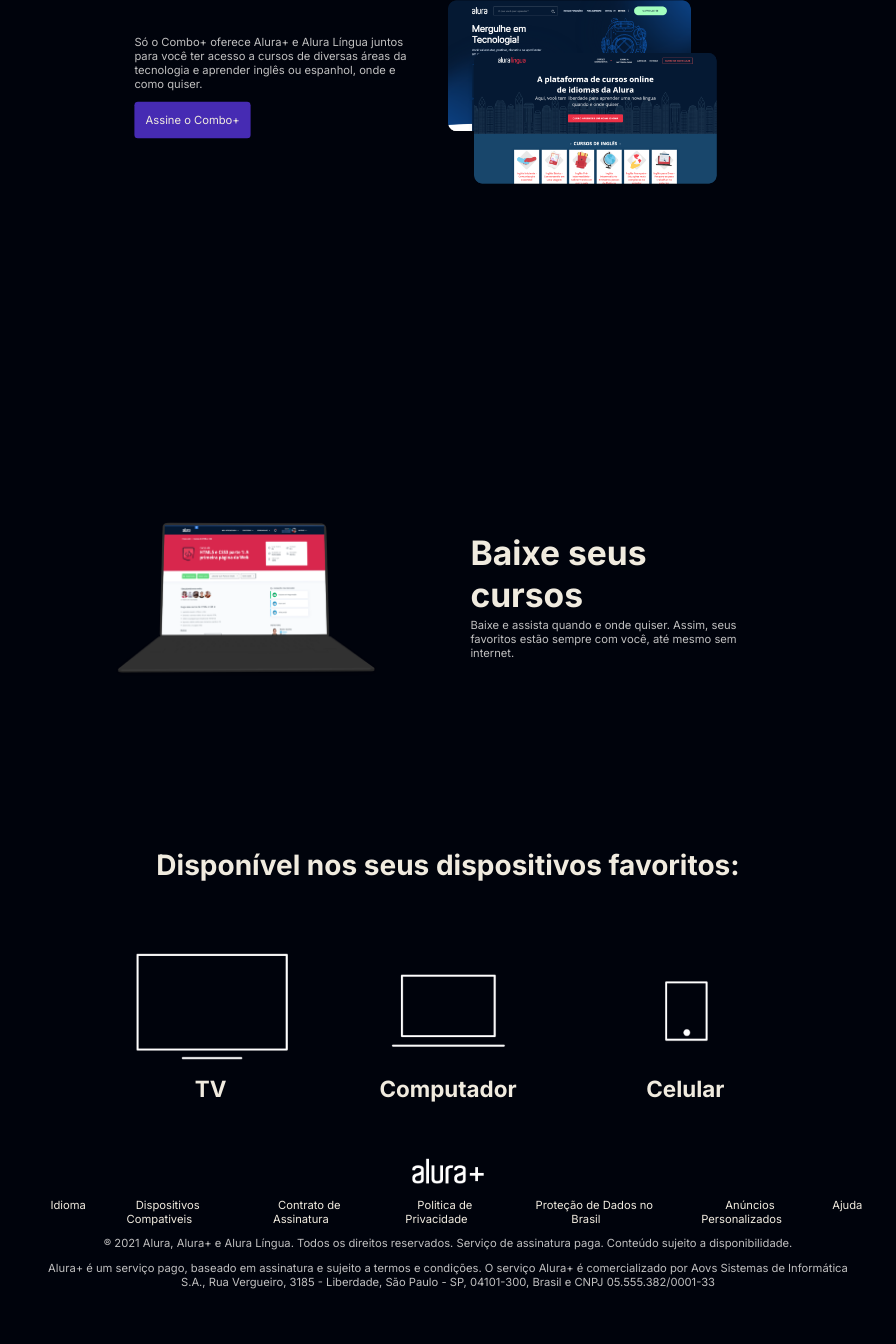
Repository: DamnDTX/praticando-font-end
Page: index.html
The author's editor kept a copy of each file at every save. The page is drawn from the files as they stood at one save, then again after the next save.
The browser window is 1280 px wide. The pictures show the part of the page from y = 1669 to 3589 px (the page is 3589 px tall), at 70% of full size.

Above is the page before, as saved 2023-07-18 15:32:05.

After the next save:
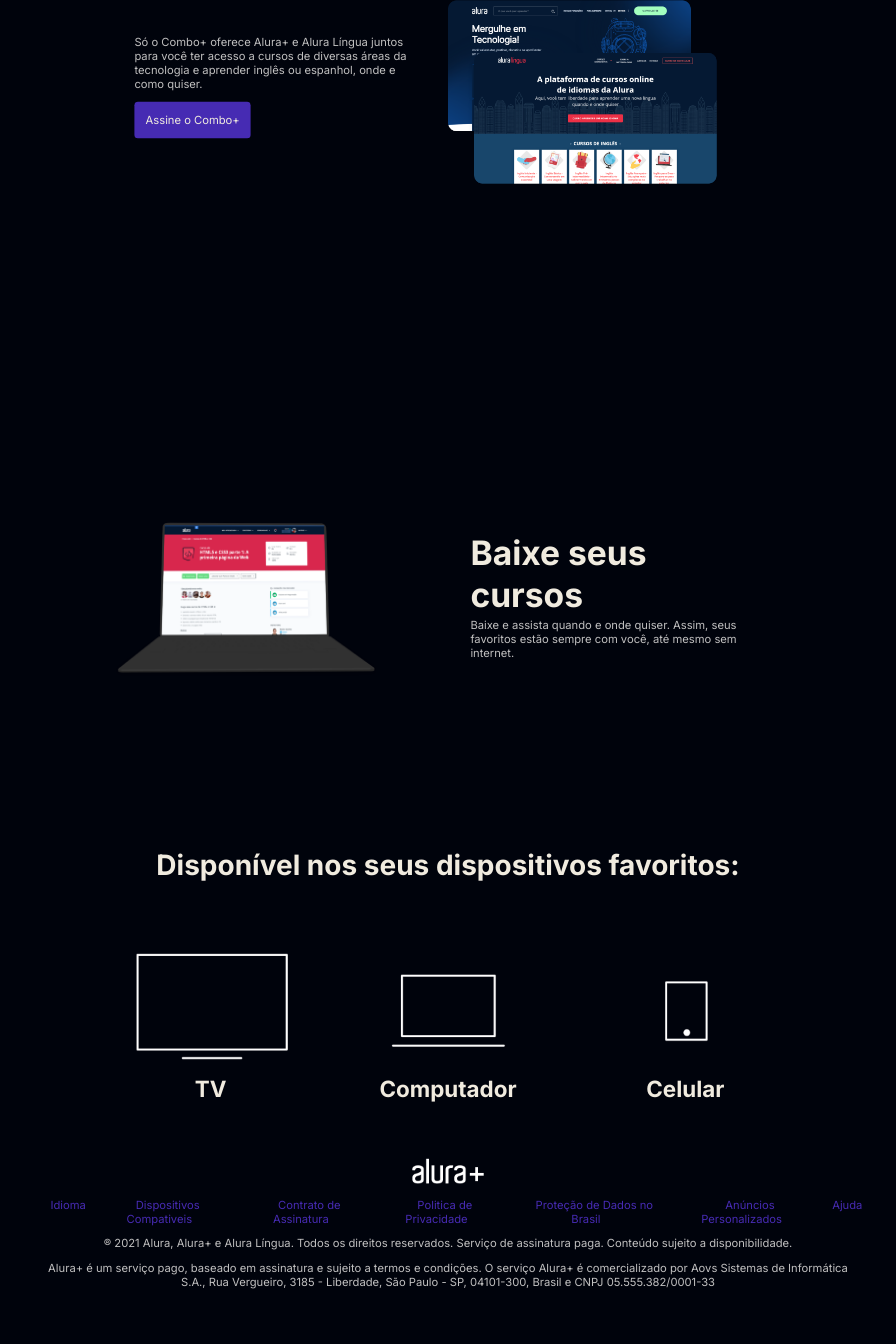
Saved 48 s later.
--- a/styles.css
+++ b/styles.css
@@ -132,7 +132,7 @@
 
 .lista__link a{
     text-decoration: none;
-    color: var(--branco-principal);
+    color: var(--botao-azul);
     margin-left: 1.5rem;
 }
 
